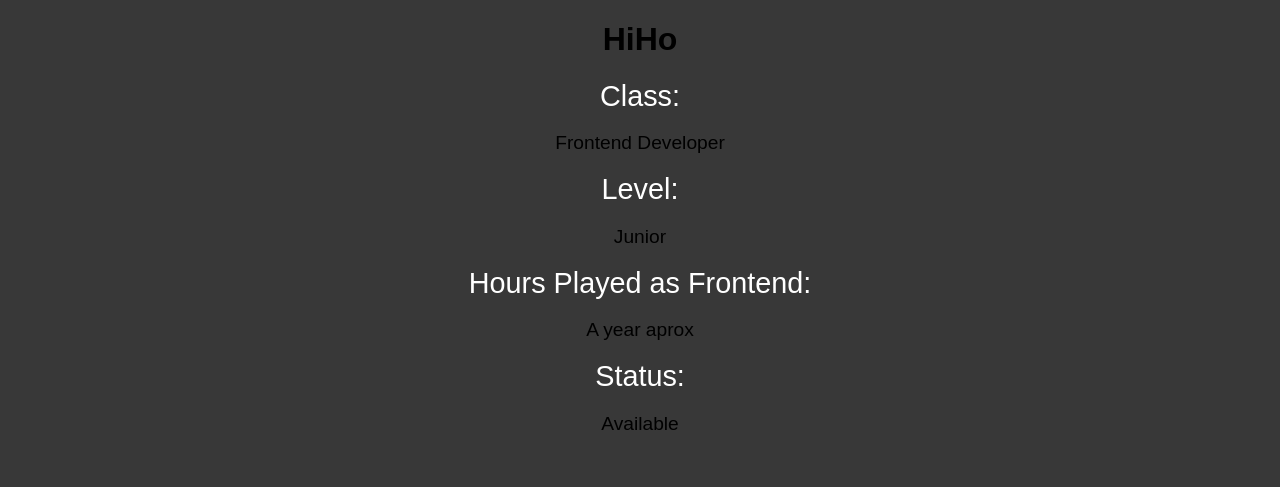
Repository: sernalab/soon
Page: index.html
The author's editor kept a copy of each file at every save. The page is drawn from the files as they stood at one save, then again after the next save.
The browser window is 1280 px wide. The pictures show the whole page.
Some web fonts or font styles are not loaded; a fallback is used.

Above is the page before, as saved 2018-12-23 23:56:14.

After the next save:
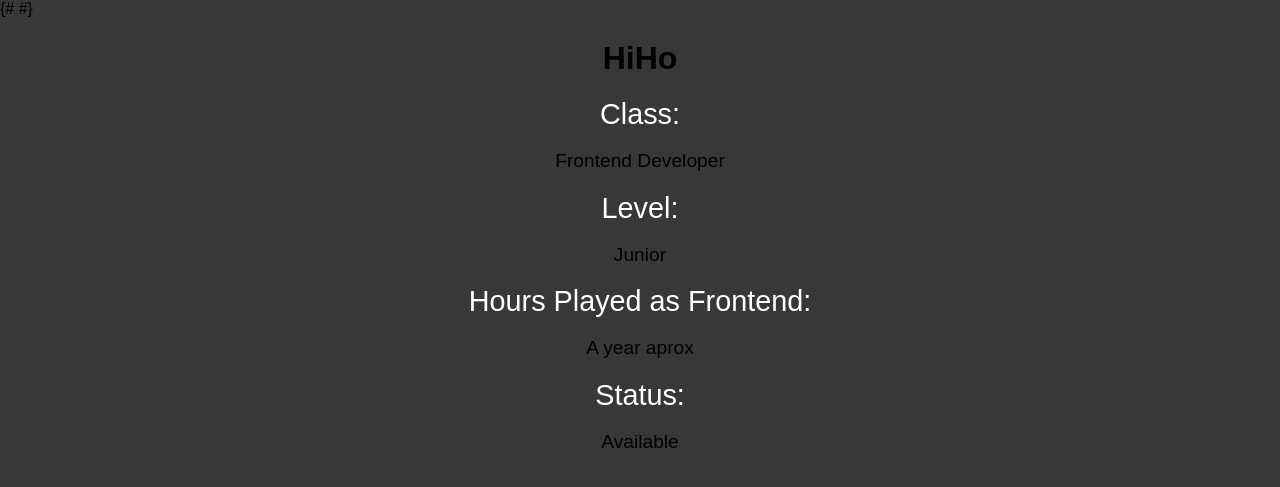
Saved 36 min 23 s later.
--- a/index.html
+++ b/index.html
@@ -6,8 +6,10 @@
     <meta name="viewport" content="width=device-width, initial-scale=1.0">
     <meta http-equiv="X-UA-Compatible" content="ie=edge">
     <title>Lulz</title>
-    <link rel="stylesheet" href="css/styles.css">
-    <link href="https://fonts.googleapis.com/css?family=Aldrich" rel="stylesheet">
+    <link rel="stylesheet" href="css/styles.css"> {#
+    <link href="https://fonts.googleapis.com/css?family=Aldrich" rel="stylesheet"> #}
+    <link href="https://fonts.googleapis.com/css?family=Press+Start+2P" rel="stylesheet">
+
 </head>
 
 <body>
